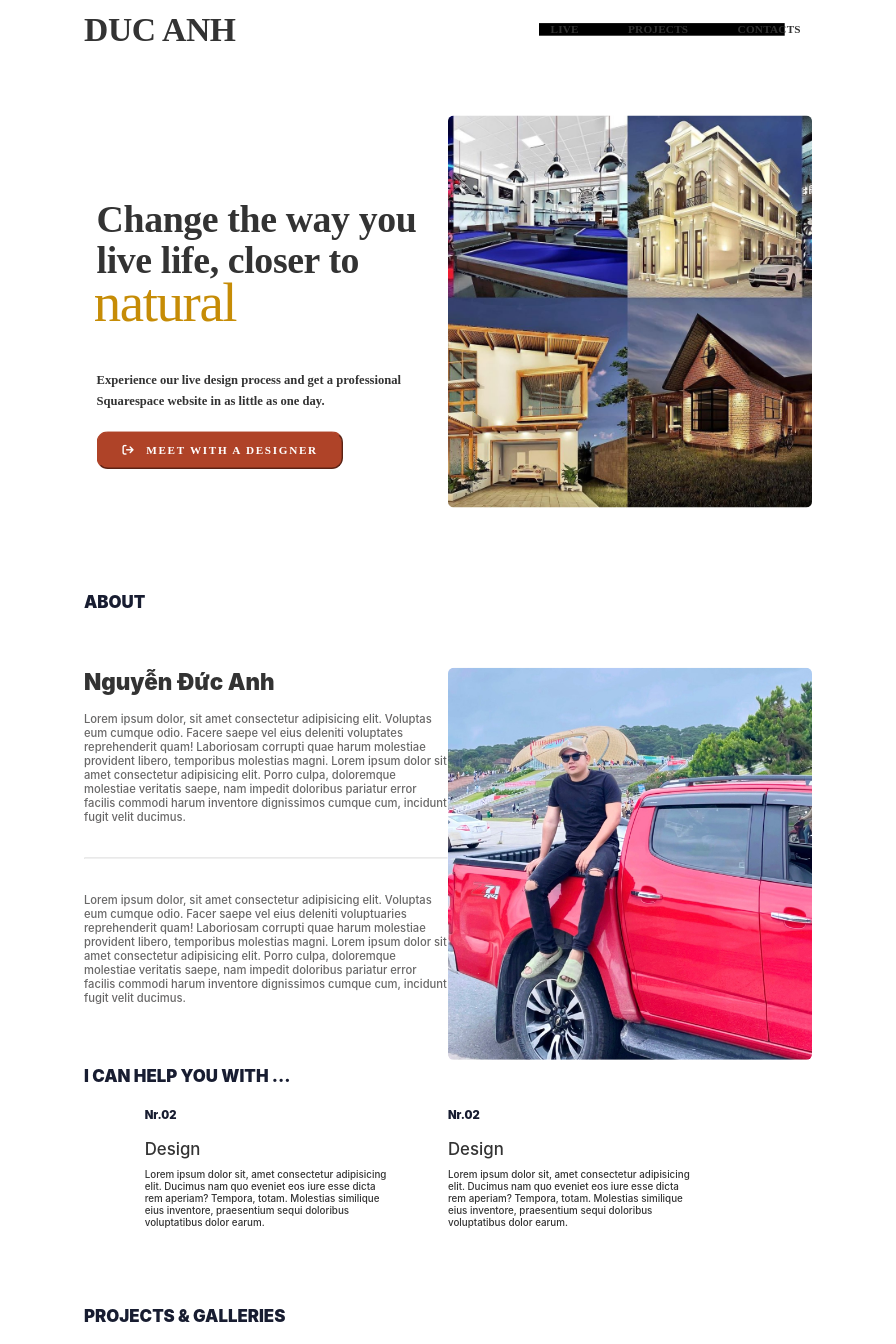
Repository: Ethanxcode/DucAnhNguyen
Page: index.html
An editor plug-in stored every save of this project. The page is shown before and after the next save, followed by the edit.
The browser window is 1280 px wide. The pictures show the part of the page from y = 0 to 1920 px (the page is 4972 px tall), at 70% of full size.

Above is the page before, as saved 2023-02-08 02:30:26.

After the next save:
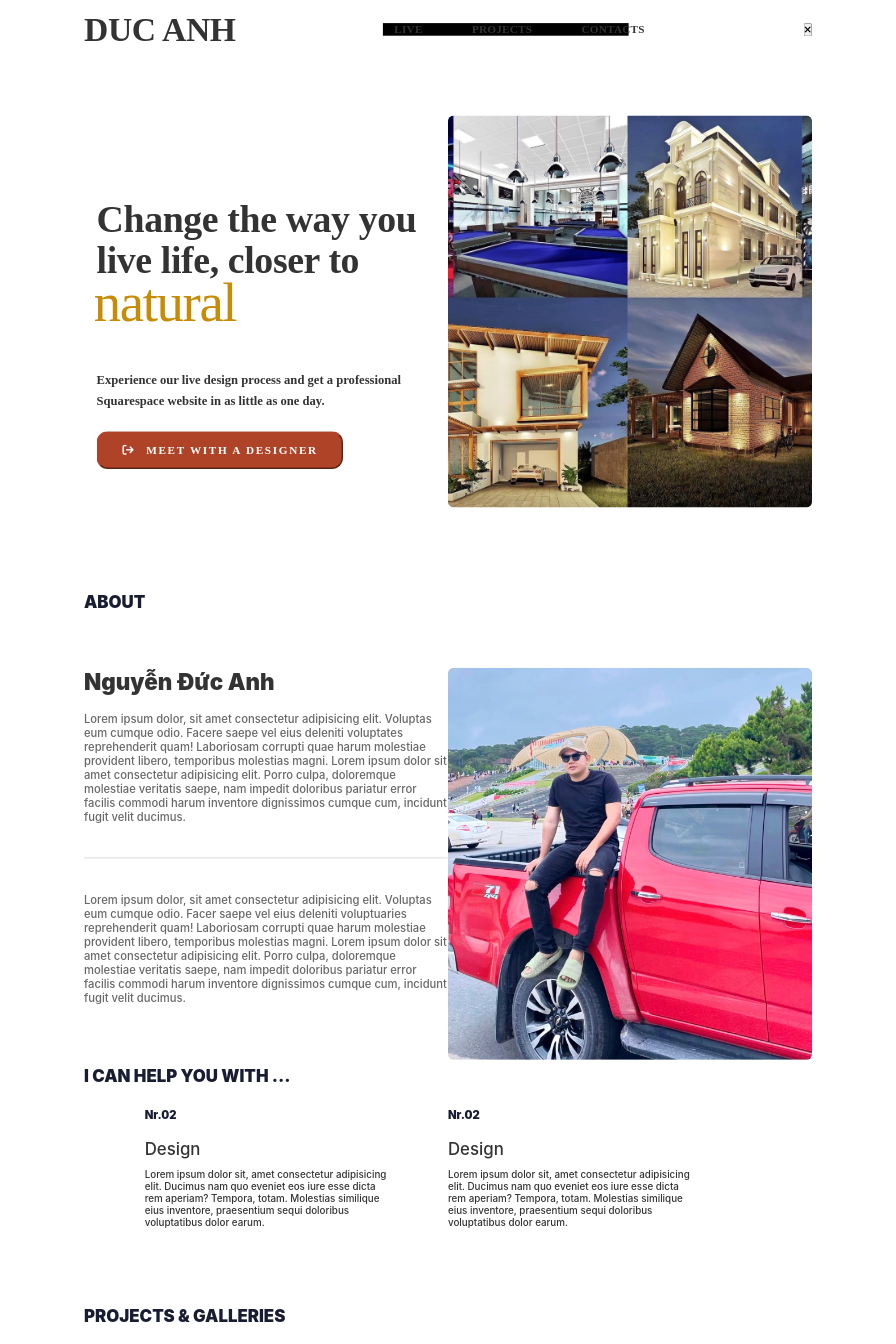
Saved 90 s later.
--- a/index.html
+++ b/index.html
@@ -37,6 +37,8 @@
 								</ul>
 					</li>
 					<button id="burgerMenu" ><i class="fa-solid fa-bars "></i></button>
+					<button id="closeBurgerMenu" ><i class="fa-solid fa-xmark"></i></button>
+
 				</ul>
 			</header>
 		<section class="container header">
